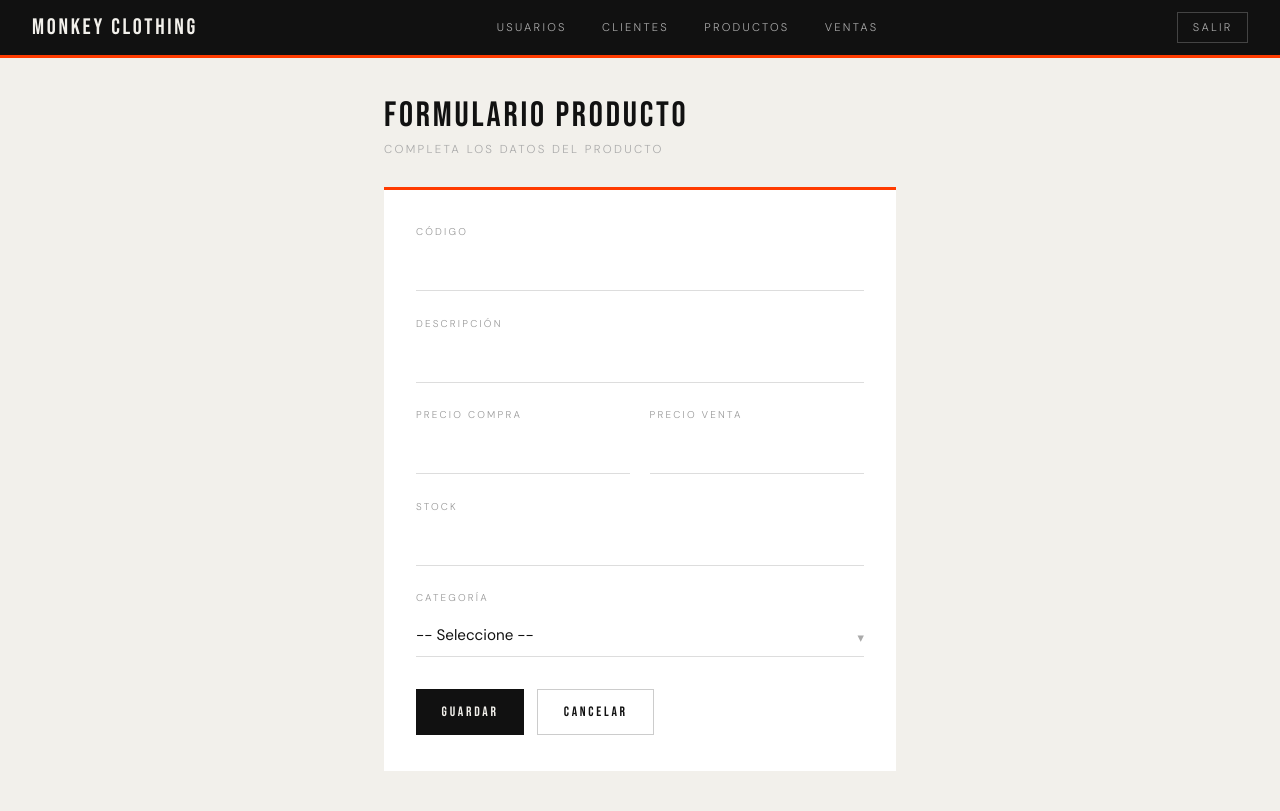
Repository: ZjhonzGz/MonkeyClothing
Page: http://localhost/producto/form
These files come from the project's save history. The page is drawn as it stood at one moment and after the next save; the edit follows.
The browser window is 1280 px wide. The pictures show the whole page.
Some web libraries are served in a nearby version. The page is this project's Thymeleaf template; nobody is signed in. The template is opened directly, without the code that normally fills it, so the values that code supplies are empty.

Above is the page before, as saved 2026-02-24 09:11:32.

After the next save:
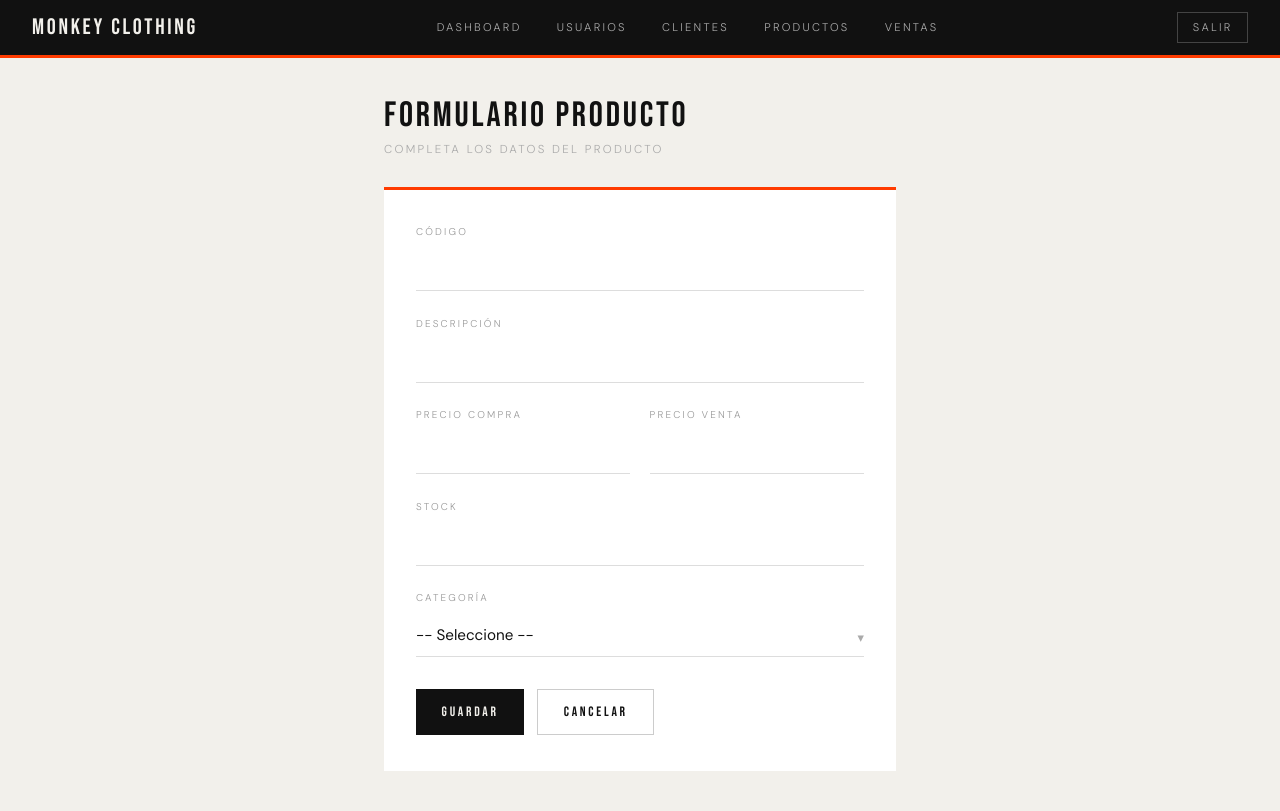
Saved 4 min 56 s later.
--- a/Monkey Clothing/monkeyclothing/src/main/resources/templates/componentes/navbar.html
+++ b/Monkey Clothing/monkeyclothing/src/main/resources/templates/componentes/navbar.html
@@ -16,6 +16,16 @@
 
     <!-- Links -->
     <div style="display:flex; height:100%;">
+		<a th:href="@{/dashboard}"
+		   style="display:inline-flex; align-items:center; padding:0 1.1rem; height:58px;
+		          font-size:.7rem; letter-spacing:.2em; text-transform:uppercase;
+		          color:#aaa !important; text-decoration:none !important;
+		          border-bottom:3px solid transparent; margin-bottom:-3px;"
+		   onmouseover="this.style.color='#f2f0eb'; this.style.borderBottomColor='#ff3b00';"
+		   onmouseout="this.style.color='#aaa'; this.style.borderBottomColor='transparent';">
+		    Dashboard
+		</a>
+
         <a th:href="@{/usuario}"
            style="display:inline-flex; align-items:center; padding:0 1.1rem; height:58px;
                   font-size:.7rem; letter-spacing:.2em; text-transform:uppercase;
